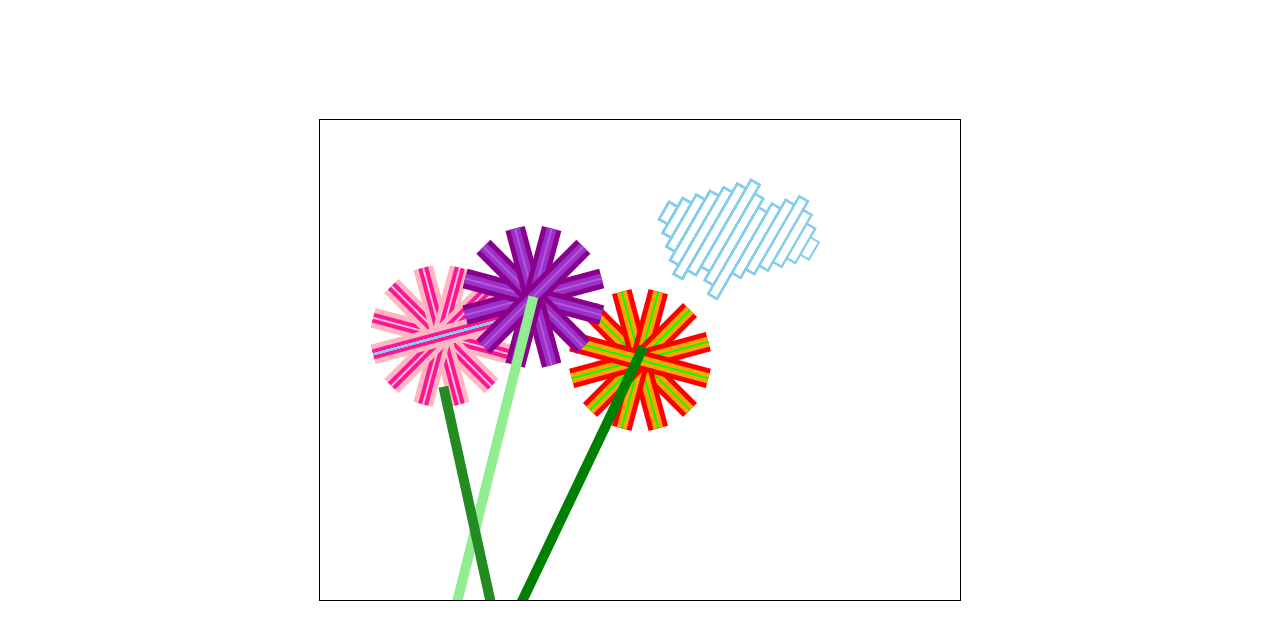
Repository: huanz488/huanz488-github.io
Page: digital painting/App.html
The author's editor kept a record of every edit. The page is drawn from the files as they stood at one moment, then again after the next edit.
The browser window is 1280 px wide. The pictures show the whole page.

Above is the page before.

After the next edit:
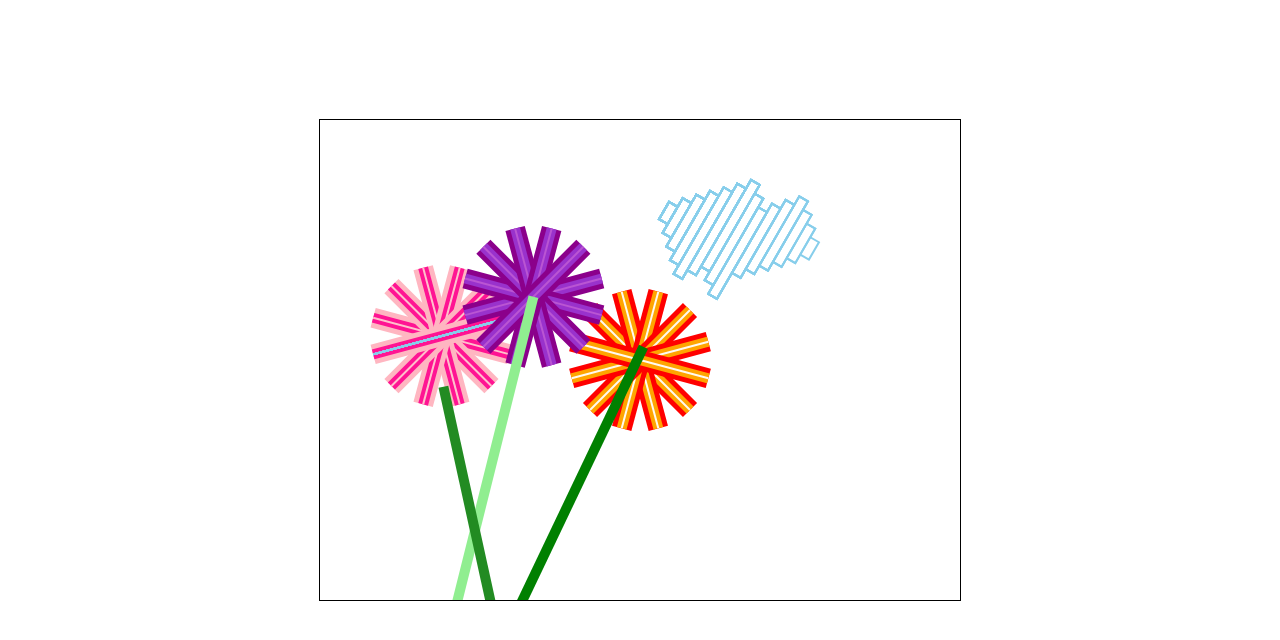
The edit:
--- a/digital painting/App.html
+++ b/digital painting/App.html
@@ -36,7 +36,7 @@
       diagonal();
       paint('red', 20);
       paint('orange', 10);
-      paint('lime', 2);
+      paint('FloralWhite', 2);
     };
 
     ctx.translate(can.width/2, can.height/2);
